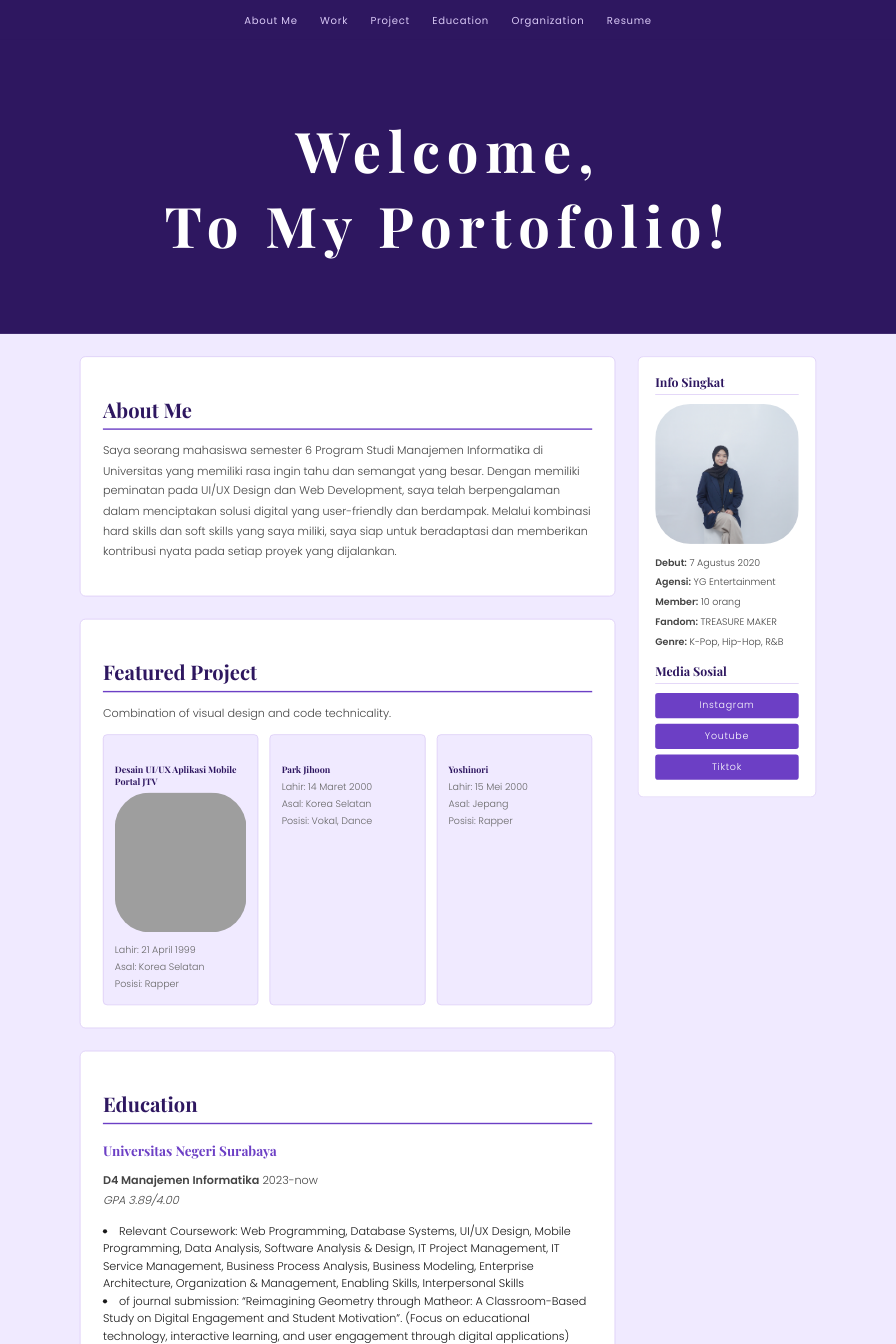
Repository: VergiMutiaRahmasyani/Website-Portofolio
Page: index.html
An editor plug-in stored every save of this project. The page is shown before and after a run of saves, followed by the edit.
The browser window is 1280 px wide. The pictures show the part of the page from y = 0 to 1920 px (the page is 2825 px tall), at 70% of full size.
Pictures or frames that could not be fetched are drawn as grey boxes.

Above is the page before, as saved 2026-03-07 13:23:22.

### index.html
<!DOCTYPE html>
<html>
    <head>
        <meta charset="utf-8" />
        <meta name="viewport" content="width=device-width, initial-scale=1.0" />
        <title>Portofolio Vergi</title>

        <!-- My Own CSS -->
        <link rel="stylesheet" href="css/style.css" />

        <!-- Google Fonts -->
        <link rel="preconnect" href="https://fonts.googleapis.com">
        <link rel="preconnect" href="https://fonts.gstatic.com" crossorigin>
        <link href="https://fonts.googleapis.com/css2?family=Playfair+Display:wght@400;700&family=Poppins:wght@300;400;600&display=swap" rel="stylesheet">
    </head>

    <body>

        <!-- HEADER -->
        <header class="site-header">

            <!-- NAVBAR -->
            <div class="navbar">
                <nav class="nav-list">
                    <ul>
                        <li><a href="#About">About Me</a></li>
                        <li><a href="#Work">Work</a></li>
                        <li><a href="Project">Project</a></li>
                        <li><a href="#Education">Education</a></li>
                        <li><a href="Organization">Organization</a></li>
                        <li><a href="https://drive.google.com/file/d/13-ep7ykiG-k7d2KfzBZSPx55XoqW1qHe/view?usp=sharing" target="_blank"> Resume</a></li>
                    </ul>
                </nav>
            </div>

            <div class="hero">
                <div class="hero-overlay">
                    <h1>Welcome, <br> To My Portofolio!</h1>
                </div>
            </div>

        </header>

        <!-- MAIN -->
        <main>
            <div class="content-wrapper">
                <div id="content">
                    <article id="About">
                        <h2>About Me</h2>
                        <p>
                            Saya seorang mahasiswa semester 6 Program Studi Manajemen Informatika di Universitas yang memiliki rasa
                            ingin tahu dan semangat yang besar. Dengan memiliki peminatan pada UI/UX Design dan Web Development,
                            saya telah berpengalaman dalam menciptakan solusi digital yang user-friendly dan berdampak. Melalui
                            kombinasi hard skills dan soft skills yang saya miliki, saya siap untuk beradaptasi dan memberikan kontribusi
                            nyata pada setiap proyek yang dijalankan.
                        </p>
                    </article>

                    <article id="Project">
                        <h2>Featured Project</h2>
                        <p>
                            Combination of visual design and code technicality.
                        </p>

                        <div class="project-list">
                            <div class="project-card">
                                <h3>Desain UI/UX Aplikasi Mobile Portal JTV</h3>
                                <img src="https://assets.promediateknologi.id/crop/102x655:921x1098/750x0/webp/photo/2023/07/03/F0HwG4daEAE8TSh-2407782942.jpg" alt="Logo TREASURE" class="aside-img" />
                                <p>Lahir: 21 April 1999</p>
                                <p>Asal: Korea Selatan</p>
                                <p>Posisi: Rapper</p>
                            </div>
                            <div class="project-card">
                                <h3>Park Jihoon</h3>
                                <p>Lahir: 14 Maret 2000</p>
                                <p>Asal: Korea Selatan</p>
                                <p>Posisi: Vokal, Dance</p>
                            </div>
                            <div class="project-card">
                                <h3>Yoshinori</h3>
                                <p>Lahir: 15 Mei 2000</p>
                                <p>Asal: Jepang</p>
                                <p>Posisi: Rapper</p>
                            </div>
                        </div>
                    </article>

                    <article >
                        <h2>Education</h2>
                        <h3>Universitas Negeri Surabaya</h3>
                        <p>
                            <strong>D4 Manajemen Informatika</strong>  2023-now
                            <br><em>GPA 3.89/4.00</em>
                            <br>
                        </p>
                        <p>
                            <li> Relevant Coursework: Web Programming, Database Systems, UI/UX Design, Mobile Programming, Data
                                Analysis, Software Analysis & Design, IT Project Management, IT Service Management, Business Process
                                Analysis, Business Modeling, Enterprise Architecture, Organization & Management, Enabling Skills,
                                Interpersonal Skills</li>
                            <li> of journal submission: “Reimagining Geometry through Matheor: A Classroom-Based Study on Digital
                                Engagement and Student Motivation”. (Focus on educational technology, interactive learning, and user
                                engagement through digital applications)</li>
                        </p>
                    </article>

                    <article id="pengalaman">
                        <h2>Experience</h2>
                        <p>
                            Sejak debut, TREASURE telah merilis berbagai album dan single yang sukses di tangga lagu Korea maupun internasional.
                        </p>

                        <h3> Organization </h3>
                        <ul class="pengalaman-list">
                            <li>
                                <strong>HIMAFORTIC Himpunan Mahasiswa Prodi Manajemen Informatika</strong> — Februari 2022
                                <br><em>Kepala Departemen Agama dan Sosial</em>
                                <br>Bertanggung jawab sebagai steering commitee di dalam program kerja dengan menjadi pengarah,
                                pengawas, dan penasihat  pada seluruh sie/peran.
                            </li>
                            <li>
                                <strong>THE SECOND STEP: CHAPTER TWO</strong> — September 2022
                                <br>Lagu Utama: <em>HELLO</em>
                            </li>


                        <h3>Volunteer</h3>
                        <ul class="pengalaman-list">
                            <li>
                                <strong>The First Step: Treasure Effect</strong> — Desember 2020
                                <br>Lagu Utama: <em>MY TREASURE</em>
                            </li>
                    </article>

                </div>

                <!-- ASIDE -->
                <aside>
                    <div class="aside-inner">
                        <h3>Info Singkat</h3>
                        <img src="img/vergi photo.jpeg" alt="Foto Vergi" class="aside-img" />
                        <ul class="aside-info">
                            <li><strong>Debut:</strong> 7 Agustus 2020</li>
                            <li><strong>Agensi:</strong> YG Entertainment</li>
                            <li><strong>Member:</strong> 10 orang</li>
                            <li><strong>Fandom:</strong> TREASURE MAKER</li>
                            <li><strong>Genre:</strong> K-Pop, Hip-Hop, R&B</li>
                        </ul>

                        <h3>Media Sosial</h3>
                        <ul class="aside-social">
                            <li><a href="https://www.instagram.com/yg_treasure_official/" target="_blank">Instagram</a></li>
                            <li><a href="https://www.youtube.com/@TREASURE" target="_blank">Youtube</a></li>
                            <li><a href="https://tiktok.com/@yg_treasure_tiktok" target="_blank">Tiktok</a></li>
                        </ul>
                    </div>
                </aside>
            </div>

        </main>

        <!-- FOOTER -->
        <footer>
            <p>Website Profil TREASURE &copy;2026 </p>
        </footer>

    </body>
</html>

### css/style.css
*,
*::before,
*::after {
    box-sizing: border-box;
}

/* =====================
   PALET WARNA UNGU
   --ungu-gelap   : #2e1760  (navbar, footer)
   --ungu-utama   : #6c3fc5  (aksen utama)
   --ungu-sedang  : #9b6ee0  (hover, border)
   --ungu-muda    : #d8c8f5  (border ringan)
   --ungu-pucat   : #f0eaff  (background halaman)
   ===================== */

body {
    font-family: 'Poppins', sans-serif;
    font-weight: 300;
    background-color: #f0eaff;
    color: #1a1a1a;
    margin: 0;
}


/* =====================
   HEADER
   ===================== */

header.site-header {
    background-color: #2e1760;
    color: white;
}

/* NAVBAR */
header.site-header .navbar {
    padding: 1rem 2rem;
    position: fixed;
    top: 0;
    left: 0;
    right: 0;
    width: 100%;
    z-index: 999;
    background-color: #2e1760;
}

header.site-header .nav-list ul {
    list-style: none;
    padding: 0;
    margin: 0;

    display: flex;
    justify-content: center;
    gap: 2rem;
}

header.site-header .nav-list li a {
    text-decoration: none;
    color: #d8c8f5;
    font-size: 0.9rem;
    font-weight: 400;
    letter-spacing: 1px;
    transition: color 0.2s ease;
}

header.site-header .nav-list li a:hover {
    color: white;
}

/* HERO */
header.site-header .hero {
    position: relative;
    width: 100%;
    height: 420px;
    overflow: hidden;
    margin-top: 57px;
}

header.site-header .hero .hero-img {
    width: 100%;
    height: 100%;
    object-fit: cover;
    object-position: top;
    opacity: 0.4;
    display: block;
}

header.site-header .hero .hero-overlay {
    position: absolute;
    inset: 0;

    display: flex;
    align-items: center;
    justify-content: center;
}

header.site-header .hero .hero-overlay h1 {
    font-family: 'Playfair Display', serif;
    font-size: 5rem;
    letter-spacing: 10px;
    color: white;
    margin: 0;
    text-align: center;
}


/* =====================
   MAIN & LAYOUT
   ===================== */

main {
    max-width: 1100px;
    margin-inline: auto;
    padding: 2rem 1.5rem;
}

.content-wrapper {
    display: flex;
    gap: 2rem;
    align-items: flex-start;
}

#content {
    flex: 3;

    display: flex;
    flex-direction: column;
    gap: 2rem;
}


/* =====================
   ARTICLE
   ===================== */

article {
    background-color: white;
    border: 1px solid #d8c8f5;
    border-radius: 8px;
    padding: 2rem;
}

article h2 {
    font-family: 'Playfair Display', serif;
    font-size: 1.8rem;
    margin-bottom: 1rem;
    padding-bottom: 0.5rem;
    border-bottom: 2px solid #6c3fc5;
    color: #2e1760;
}

article h3 {
    font-family: 'Playfair Display', serif;
    font-size: 1.2rem;
    margin-top: 1.5rem;
    margin-bottom: 0.5rem;
    color: #6c3fc5;
}

article p {
    line-height: 1.8;
    margin-bottom: 1rem;
    color: #444;
}


/* =====================
   TABEL INFO
   ===================== */

.info-table {
    width: 100%;
    border-collapse: collapse;
    margin-top: 1.5rem;
}

.info-table th,
.info-table td {
    padding: 0.6rem 1rem;
    text-align: left;
    border-bottom: 1px solid #d8c8f5;
    font-size: 0.95rem;
}

.info-table th {
    width: 35%;
    font-weight: 600;
    color: #2e1760;
    background-color: #f0eaff;
}

.info-table td {
    color: #444;
}


/* =====================
   PROJECT CARDS
   ===================== */

.project-list {
    display: flex;
    flex-wrap: wrap;
    gap: 1rem;
    margin-top: 0.5rem;
}

.project-card {
    flex: 1 1 160px;
    background-color: #f0eaff;
    border: 1px solid #d8c8f5;
    border-radius: 6px;
    padding: 1rem;
}

.project-img {
    width: 100%;
    max-width: 250px;
    height: 200px;
    object-fit:cover;
    object-position: top;
    display: block;
    margin: 0.5rem auto 1rem auto;
    border-radius: 6px;
}

.project-card h3 {
    font-size: 0.8rem;
    margin-top: 0.5;
    margin-bottom: 0.5rem;
    color: #2e1760;
}

.project-card p {
    font-size: 0.85rem;
    color: #666;
    margin: 0.2rem 0;
    line-height: 1.5;
}


/* =====================
   ALBUM LIST
   ===================== */

.pengalaman-list {
    list-style: none;
    padding: 0;
    margin: 0.5rem 0 1rem 0;

    display: flex;
    flex-direction: column;
    gap: 0.6rem;
}

.pengalaman-list li {
    padding: 0.7rem 1rem;
    background-color: #f0eaff;
    border-left: 3px solid #6c3fc5;
    border-radius: 0 4px 4px 0;
    font-size: 0.9rem;
    color: #444;
    line-height: 1.6;
}


/* =====================
   ASIDE
   ===================== */

aside {
    flex: 1;
    position: sticky;
    top: 80px;
}

aside .aside-inner {
    background-color: white;
    border: 1px solid #d8c8f5;
    border-radius: 8px;
    padding: 1.5rem;
}

aside h3 {
    font-family: 'Playfair Display', serif;
    font-size: 1.1rem;
    margin-top: 1.2rem;
    margin-bottom: 0.8rem;
    padding-bottom: 0.4rem;
    border-bottom: 1px solid #d8c8f5;
    color: #2e1760;
}

aside h3:first-child {
    margin-top: 0;
}

.aside-img {
    width: 100%;
    max-width: 250px;
    height: 200px;
    object-fit: cover;
    object-position: center;
    display: block;
    margin: 0.5rem auto 1rem auto;
    border-radius: 50px;
}

.aside-info {
    list-style: none;
    padding: 0;
    margin: 0;

    display: flex;
    flex-direction: column;
    gap: 0.4rem;
}

.aside-info li {
    font-size: 0.85rem;
    color: #444;
    line-height: 1.6;
}

.aside-social {
    list-style: none;
    padding: 0;
    margin: 0;

    display: flex;
    flex-direction: column;
    gap: 0.5rem;
}

.aside-social li a {
    display: block;
    text-align: center;
    padding: 0.5rem;
    background-color: #6c3fc5;
    color: white;
    text-decoration: none;
    border-radius: 4px;
    font-size: 0.85rem;
    letter-spacing: 1px;
    transition: background-color 0.2s ease;
}

.aside-social li a:hover {
    background-color: #9b6ee0;
}


/* =====================
   FOOTER
   ===================== */

footer {
    background-color: #2e1760;
    color: #d8c8f5;
    text-align: center;
    padding: 1.5rem;
    margin-top: 3rem;
    font-size: 0.85rem;
    letter-spacing: 1px;
}


/* =====================
   RESPONSIVE
   ===================== */

@media screen and (max-width: 768px) {
    header.site-header .nav-list ul {
        flex-wrap: wrap;
        justify-content: center;
        gap: 0.8rem;
    }

    .content-wrapper {
        flex-direction: column;
    }

    aside {
        position: static;
        width: 100%;
    }

    .project-card {
        flex: 1 1 130px;
    }
}

After the next 2 saves:
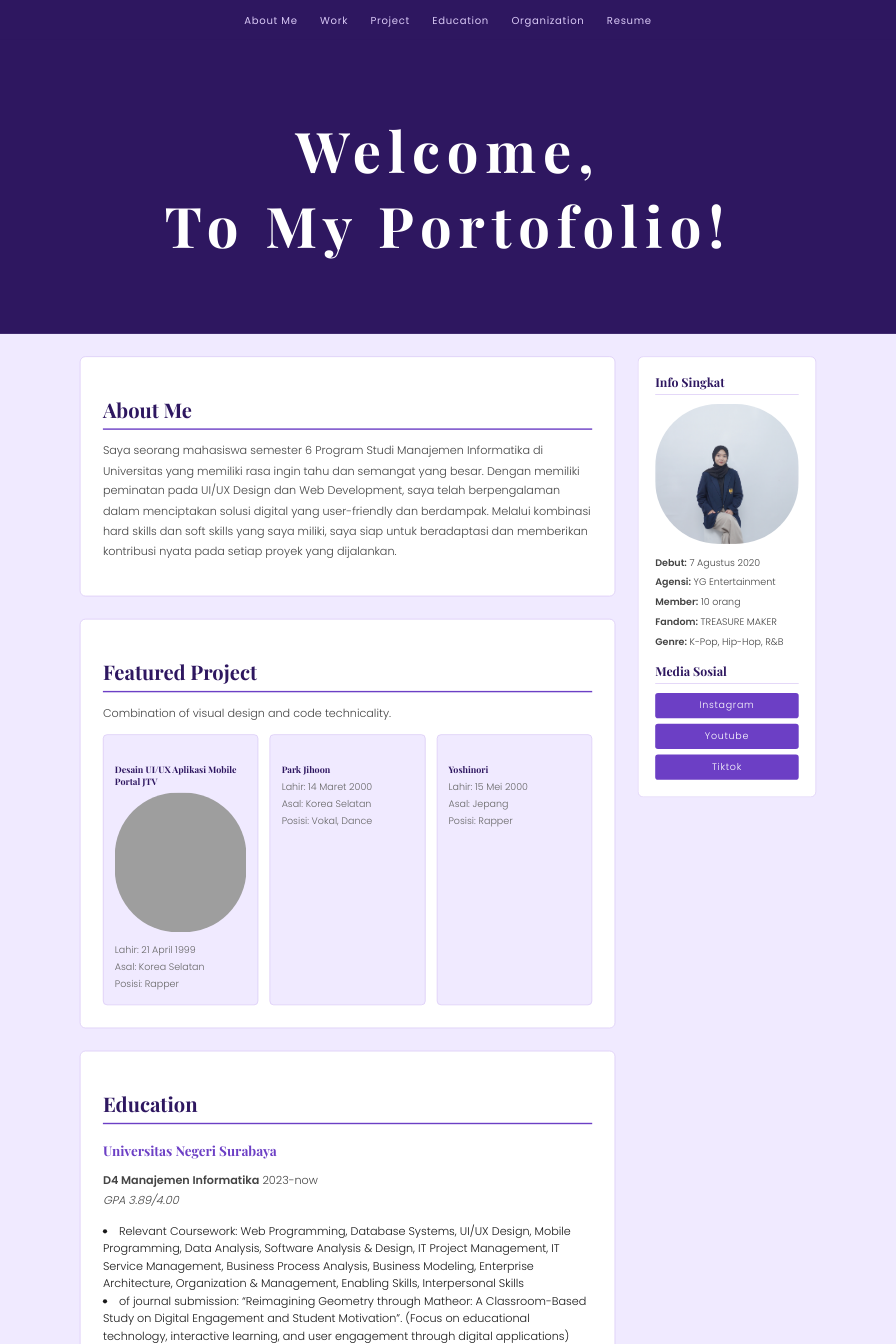
The 2 saves are shown as one change because they came seconds apart.
The last was saved 15 s later.
--- a/css/style.css
+++ b/css/style.css
@@ -302,7 +302,7 @@ aside h3:first-child {
     object-position: center;
     display: block;
     margin: 0.5rem auto 1rem auto;
-    border-radius: 50px;
+    border-radius: 90px;
 }
 
 .aside-info {
